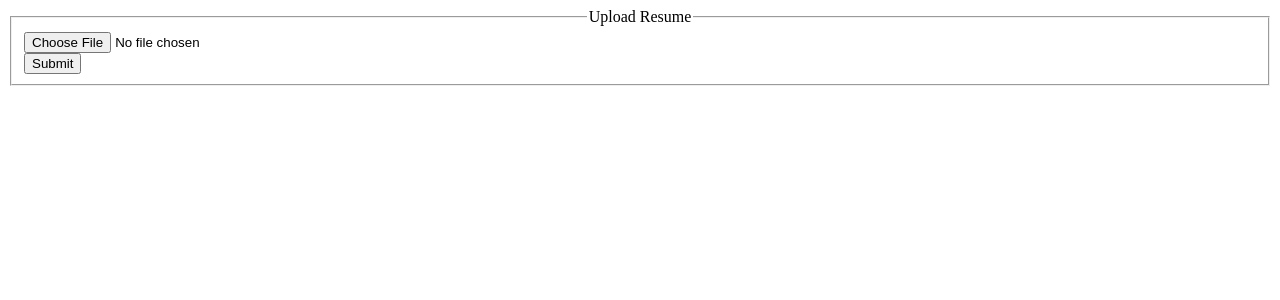
Repository: prashantsuman07/Manthan-ELF-16-OCT-19-Prashant-Suman
Page: http://localhost/Resume_Finder_Java_Application/JSP/UploadResume.jsp
The author's editor kept a copy of each file at every save. The page is drawn from the files as they stood at one save, then again after the next save.
The browser window is 1280 px wide. The pictures show the whole page.
The page is served by Tomcat 9.

Above is the page before, as saved 2019-12-02 11:58:40.

After the next save:
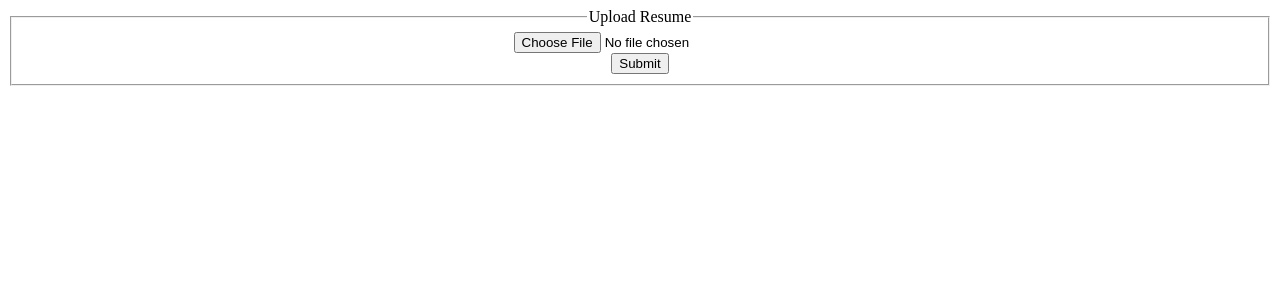
Saved 107 s later.
--- a/PLP_FinalEvaluation_JAVA/Resume_Finder_Java_Application/WebContent/JSP/UploadResume.jsp
+++ b/PLP_FinalEvaluation_JAVA/Resume_Finder_Java_Application/WebContent/JSP/UploadResume.jsp
@@ -9,7 +9,7 @@
 <body>
 <fieldset>
 <legend align="center">Upload Resume</legend>
-<form action="" method="get">
+<form action="" method="get" align="center">
 <input name="userfile" type="file" accept="application/pdf, application/msword"/><br>
 <input type="submit" name="Upload Resume">
 </form>
